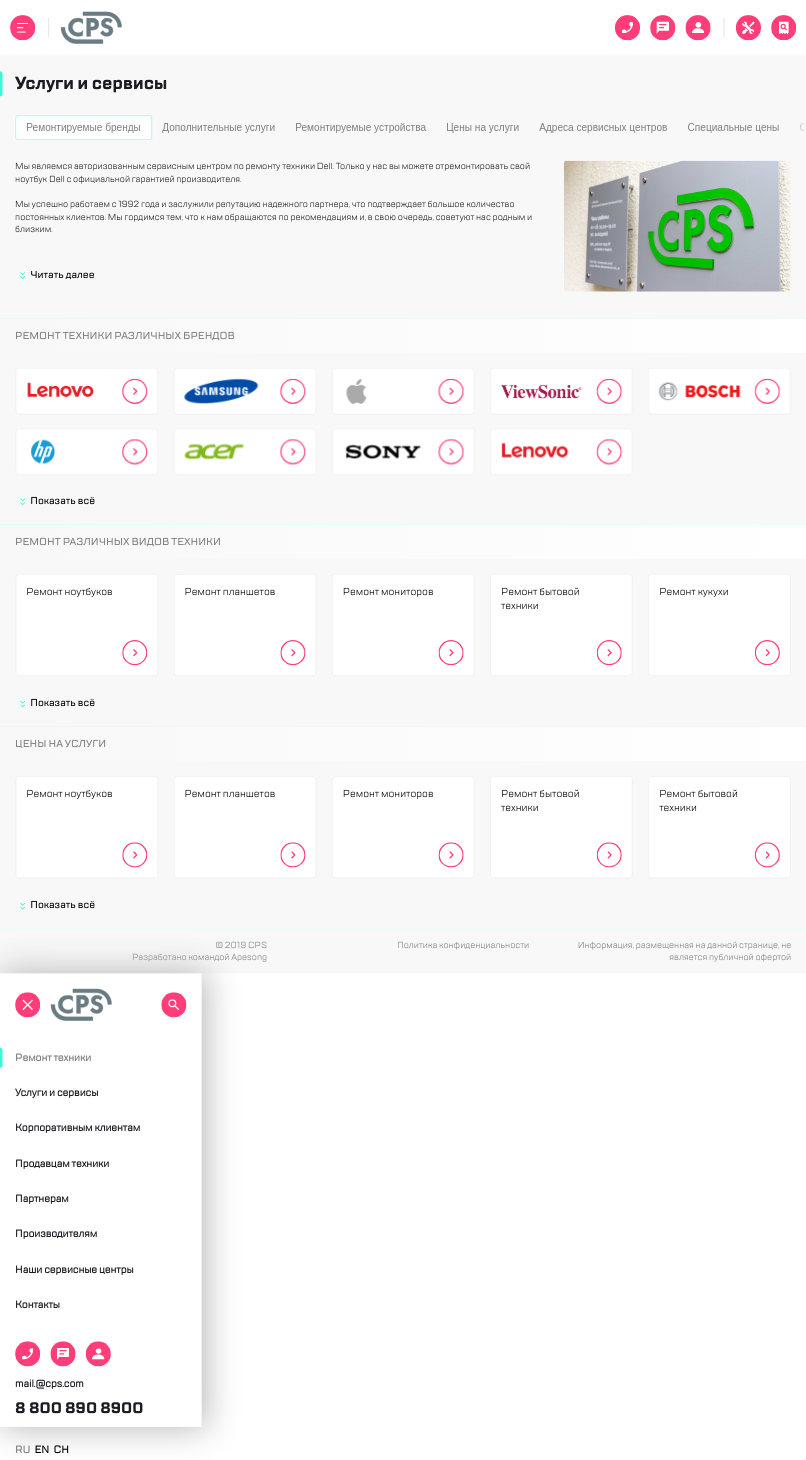
Repository: Dedoxa/WebCoreF
Page: /
These files come from the project's save history. The page is drawn as it stood at one moment and after the next save; the edit follows.
The browser window is 1280 px wide. The pictures show the whole page, at 63% of full size.
The project was rebuilt for these pictures with package versions that can differ from the ones it lists, and the page was loaded fresh each time. Also part of the build but not shown: webpack.config.js.

Above is the page before, as saved 2024-06-15 17:15:35.

### src/index.html
<!DOCTYPE html>
<html lang="en">
  <head>
    <meta charset="UTF-8" />
    <meta
      name="viewport"
      content="width=device-width, user-scalable=no, initial-scale=1.0, maximum-scale=1.0, minimum-scale=1.0"
    />
    <meta http-equiv="X-UA-Compatible" content="ie=edge" />
    <title>WebCoreFinal</title>
  </head>
  <body>
    <header class="header">
      <div class="header__left-side">
        <a id="burger" href="#" class="icon header__icon"></a>
        <a id="logo" href="#" class="icon header__icon"></a>
      </div>
      <div class="header__right-side">
        <a id="call" href="#" class="icon header__icon"></a>
        <a id="chat" href="#" class="icon header__icon"></a>
        <a id="profile" href="#" class="icon header__icon"></a>
        <a id="repair" href="#" class="icon header__icon"></a>
        <a id="checkStatus" href="#" class="icon header__icon"></a>
      </div>
    </header>
    <main>
      <section class="presentation">
        <div class="presentation__wrapper">
          <div class="presentation__title">
            <h1 class="presentation__heading">Услуги и сервисы</h1>
            <div class="presentation__right-area">
              <label class="presentation__icon-area">
                <span class="presentation__icon-text">Оставить заявку</span>
                <a id="repair" href="#" class="icon presentation__icon"></a>
              </label>
              <label class="presentation__icon-area">
                <span class="presentation__icon-text">Статус ремонта</span>
                <a id="checkStatus" href="#" class="icon presentation__icon"></a>
              </label>
            </div>
          </div>
          <div class="presentation__buttons">
            <button href="#" class="presentation__button presentation__button--focus">
              Ремонтируемые бренды
            </button>
            <button href="#" class="presentation__button">
              Дополнительные услуги
            </button>
            <button href="#" class="presentation__button">
              Ремонтируемые устройства
            </button>
            <button href="#" class="presentation__button">
              Цены на услуги
            </button>
            <button href="#" class="presentation__button">
              Адреса сервисных центров
            </button>
            <button href="#" class="presentation__button">
              Специальные цены
            </button>
            <button href="#" class="presentation__button">Отзывы</button>
            <div class="presentation__right-fade-effect"></div>
          </div>
          <div class="presentation__container">
            <div class="presentation__description">
              <p class="presentation__text">
                Мы являемся авторизованным сервисным центром по ремонту техники
                Dell. Только у нас вы можете отремонтировать свой ноутбук Dell с
                официальной гарантией производителя. <br /><br />
                Мы успешно работаем с 1992 года и заслужили репутацию надежного
                партнера, что подтверждает большое количество постоянных клиентов.
                Мы гордимся тем, что к нам обращаются по рекомендациям и, в свою
                очередь, советуют нас родным и близким.
              </p>
              <span class="presentation__toggler">Читать далее</span>
            </div>
            <img src="img/CPS-img-tablet.jpg" alt="" class="presentation__image-tablet" />
            <img
              src="img/CPS-img-desktop.jpg"
              alt=""
              class="presentation__image-desktop"
            />
          </div>
        </div>
        <img src="img/CPS-img-phone.jpg" alt="" class="presentation__image-phone" />
      </section>
      <section class="plates">
        <header class="plates__heading">
            <div class="plates__wrapper plates__wrapper-heading">
                <span>Ремонт техники различных брендов</span>
            </div>
        </header>
        <div class="plates__content-area">
            <div class="plates__wrapper">
                <div class="plates__swiper-container">
                    <div class="swiper plates__swiper">
                        <div id="plate-options" class="swiper-wrapper plates__brands-wrapper">
                            <div class="swiper-slide plates__slide">
                                <div class="plates__brand-plate">
                                    <img src="../img/logo-lenovo.png"  width="108" height="32"  class="plates__logo"></img>
                                    <img class="plates__dropdown"></img>
                                </div>
                            </div>
                            <div class="swiper-slide plates__slide">
                                <div class="plates__brand-plate">
                                    <img src="../img/logo-samsung.png" width="116" height="38.52" class="plates__logo"></img>
                                    <img class="plates__dropdown"></img>
                                </div>
                            </div>
                            <div class="swiper-slide plates__slide">
                                <div class="plates__brand-plate">
                                    <img src="../img/logo-apple.png" width="44" height="44" class="plates__logo"></img>
                                    <img class="plates__dropdown"></img>
                                </div>
                            </div>
                            <div class="swiper-slide plates__slide">
                                <div class="plates__brand-plate">
                                    <img src="../img/logo-viewSonic.png" width="128" height="21" class="plates__logo"></img>
                                    <img class="plates__dropdown"></img>
                                </div>
                            </div>
                            <div class="swiper-slide plates__slide">
                                <div class="plates__brand-plate">
                                    <img src="../img/logo-bosch.png" width="128" height="28.6" class="plates__logo"></img>
                                    <img class="plates__dropdown"></img>
                                </div>
                            </div>
                            <div class="swiper-slide plates__slide">
                                <div class="plates__brand-plate">
                                    <img src="../img/logo-hp.png" width="52" height="52" class="plates__logo"></img>
                                    <img class="plates__dropdown"></img>
                                </div>
                            </div>
                            <div class="swiper-slide plates__slide">
                                <div class="plates__brand-plate">
                                    <img src="../img/logo-acer.png" width="94" height="24" class="plates__logo"></img>
                                    <img class="plates__dropdown"></img>
                                </div>
                            </div>
                            <div class="swiper-slide plates__slide">
                                <div class="plates__brand-plate">
                                    <img src="../img/logo-sony.png" width="128" height="25.6" class="plates__logo"></img>
                                    <img class="plates__dropdown"></img>
                                </div>
                            </div>
                            <div class="swiper-slide plates__slide">
                                <div class="plates__brand-plate">
                                    <img src="../img/logo-lenovo.png"  width="108" height="32"  class="plates__logo"></img>
                                    <img class="plates__dropdown"></img>
                                </div>
                            </div>
                        </div>
                        <div class="swiper-pagination"></div>
                    </div>
                </div>
            </div>
            <div class="plates__toggler-area">
                <label class="plates__wrapper plates__wrapper-toggler">
                    <span id="plates-toggler" class="plates__toggler">Показать всё</span>
                </label>
            </div>
        </div>
      </section>
      <section class="plates">
        <header class="plates__heading">
            <div class="plates__wrapper plates__wrapper-heading">
                <span>Ремонт различных видов техники</span>
            </div>
        </header>
        <div class="plates__content-area">
            <div class="plates__wrapper">
                <div class="plates__swiper-container">
                    <div class="swiper plates__swiper">
                        <div id="device-options" class="swiper-wrapper plates__devices-wrapper">
                            <div class="swiper-slide plates__slide">
                                <div class="plates__device-plate">
                                  <span class="plates__logo">Ремонт ноутбуков</span>
                                  <img class="plates__dropdown"></img>
                                </div>
                            </div>
                            <div class="swiper-slide plates__slide">
                                <div class="plates__device-plate">
                                  <span class="plates__logo">Ремонт планшетов</span>
                                  <img class="plates__dropdown"></img>
                                </div>
                            </div>
                            <div class="swiper-slide plates__slide">
                                <div class="plates__device-plate">
                                  <span class="plates__logo">Ремонт мониторов</span>
                                  <img class="plates__dropdown"></img>
                                </div>
                            </div>
                            <div class="swiper-slide plates__slide">
                                <div class="plates__device-plate">
                                  <span class="plates__logo">Ремонт бытовой техники</span>
                                  <img class="plates__dropdown"></img>
                                </div>
                            </div>
                            <div class="swiper-slide plates__slide">
                                <div class="plates__device-plate">
                                  <span class="plates__logo">Ремонт кукухи</span>
                                  <img class="plates__dropdown"></img>
                                </div>
                            </div>
                            <div class="swiper-slide plates__slide">
                                <div class="plates__device-plate">
                                  <span class="plates__logo">Ремонт шмемонт</span>
                                  <img class="plates__dropdown"></img>
                                </div>
                            </div>
                            <div class="swiper-slide plates__slide">
                                <div class="plates__device-plate">
                                  <span class="plates__logo">Ремонт бельмонт</span>
                                  <img class="plates__dropdown"></img>
                                </div>
                            </div>
                            <div class="swiper-slide plates__slide">
                                <div class="plates__device-plate">
                                  <span class="plates__logo">Ремонт взял тебя на понт</span>
                                  <img class="plates__dropdown"></img>
                                </div>
                            </div>
                            <div class="swiper-slide plates__slide">
                                <div class="plates__device-plate">
                                  <span class="plates__logo">Ремонт дорог (вечный*)</span>
                                  <img class="plates__dropdown"></img>
                                </div>
                            </div>
                        </div>
                        <div class="swiper-pagination"></div>
                    </div>
                </div>
            </div>
            <div class="plates__toggler-area">
                <label class="plates__wrapper plates__wrapper-toggler">
                    <span id="devices-toggler" class="plates__toggler">Показать всё</span>
                </label>
            </div>
        </div>
      </section>
      <section class="plates">
        <header class="plates__heading">
            <div class="plates__wrapper plates__wrapper-heading">
                <span>Цены на услуги</span>
            </div>
        </header>
        <div class="plates__content-area">
            <div class="plates__wrapper">
                <div class="plates__swiper-container">
                    <div class="swiper plates__swiper">
                        <div id="device-options" class="swiper-wrapper plates__devices-wrapper">
                            <div class="swiper-slide plates__slide">
                                <div class="plates__device-plate">
                                  <span class="plates__logo">Ремонт ноутбуков</span>
                                  <img class="plates__dropdown"></img>
                                </div>
                            </div>
                            <div class="swiper-slide plates__slide">
                                <div class="plates__device-plate">
                                  <span class="plates__logo">Ремонт планшетов</span>
                                  <img class="plates__dropdown"></img>
                                </div>
                            </div>
                            <div class="swiper-slide plates__slide">
                                <div class="plates__device-plate">
                                  <span class="plates__logo">Ремонт мониторов</span>
                                  <img class="plates__dropdown"></img>
                                </div>
                            </div>
                            <div class="swiper-slide plates__slide">
                                <div class="plates__device-plate">
                                  <span class="plates__logo">Ремонт бытовой техники</span>
                                  <img class="plates__dropdown"></img>
                                </div>
                            </div>
                            <div class="swiper-slide plates__slide">
                                <div class="plates__device-plate">
                                  <span class="plates__logo">Ремонт бытовой техники</span>
                                  <img class="plates__dropdown"></img>
                                </div>
                            </div>
                        </div>
                        <div class="swiper-pagination"></div>
                    </div>
                </div>
            </div>
            <div class="plates__toggler-area">
                <label class="plates__wrapper plates__wrapper-toggler">
                    <span id="devices-toggler" class="plates__toggler">Показать всё</span>
                </label>
            </div>
        </div>
      </section>
      <footer class="footer">
        <div class="footer__wrapper">
            <div>
              <p>© 2019 CPS<br>Разработано командой Apesong</p>
            </div>
            <div>
              <p>Политика конфиденциальности</p>
            </div>
            <div>
              <p>Информация, размещенная на данной странице, не является публичной офертой</p>
            </div>
      </footer>

      <aside class="aside-menu">
        <div class="aside-menu__wrapper">
          <div>
            <div class="aside-menu__header">
              <div class="aside-menu__subwrapper">
                <div class="aside-menu__header-left">
                  <a id="cross" href="#" class="icon aside-menu__icon"></a>
                  <a id="logo" href="#" class="icon aside-menu__icon"></a>
                </div>
                <div class="aside-menu__header-right">
                  <a id="search" href="#" class="icon aside-menu__icon"></a>
                </div>
              </div>
            </div>
            <ul class="aside-menu__links-list">
              <li class="aside-menu__link aside-menu__link--active">
                <a href="#" class=""> Ремонт техники </a>
              </li>
              <li class="aside-menu__link"><a href="#"> Услуги и сервисы </a></li>
              <li class="aside-menu__link"><a href="#"> Корпоративным клиентам </a></li>
              <li class="aside-menu__link"><a href="#"> Продавцам техники </a></li>
              <li class="aside-menu__link"><a href="#"> Партнерам </a></li>
              <li class="aside-menu__link"><a href="#"> Производителям </a></li>
              <li class="aside-menu__link"><a href="#"> Наши сервисные центры </a></li>
              <li class="aside-menu__link"><a href="#"> Контакты </a></li>
            </ul>
          </div>
          <section class="aside-menu__down-section">
            <div class="aside-menu__down-wrapper">
              <div class="aside-menu__down-icons">
                <a id="call" href="#" class="icon aside-menu__icon"></a>
                <a id="chat" href="#" class="icon aside-menu__icon"></a>
                <a id="profile" href="#" class="icon aside-menu__icon"></a>
              </div>
              <div>
                <a href="mailto:mail.@cps.com" class="aside-menu__email"><span>mail.@cps.com</span></a>
                <a href="tel:+88008908900" class="aside-menu__phone-number"><span>8 800 890 8900</span></a>
              </div>
              <div class="aside-menu__language-choice">
                <span class="aside-menu__language-option aside-menu__language-option--active">RU</span>
                <span class="aside-menu__language-option">EN</span>
                <span class="aside-menu__language-option">CH</span>
              </div>
            </div>
          </section>
        </div>
      </aside>
    </main>
  </body>
</html>

### src/scss/style.scss
@import url('./\(id\)icons.scss');
@import url('./\(import\)fonts.scss');
@import url('./\(tag\)html.scss');
@import url('./\(tag\)svg.scss');

@import url('./aside-menu.scss');
@import url('./footer.scss');
@import url('./header.scss');
@import url('./icon.scss');
@import url('./plates.scss');
@import url('./presentation.scss');

@import url('../../node_modules/swiper/swiper-bundle.css');
@import url('./swiper-castomization.scss');

@import url('./jsExpand.scss');

### src/scss/(id)icons.scss
#burger {
  background-image: url('../img/ic-burger.svg');
}

#logo {
  background-color: transparent;
  border-radius: 0;
  background-image: url('../img/ic-CPSLogo.svg');
}

#call {
  background-image: url('../img/ic-call.svg');
}

#chat {
  background-image: url('../img/ic-chat.svg');
}

#profile {
  background-image: url('../img/ic-profile.svg');
}

#repair {
  background-image: url('../img/ic-repair.svg');
}

#checkStatus {
  background-image: url('../img/ic-checkstatus.svg');
}

#cross {
  background-image: url('../img/ic-cross.svg');
}

#search {
  background-image: url('../img/ic-search.svg');
}

### src/scss/(import)fonts.scss
@font-face {
  font-family: 'TT Lakes Regular';
  src: url('../fonts/TTLakes-Regular.eot');
  src: url('../fonts/TTLakes-Regular.eot?#iefix') format('embedded-opentype'),
    url('../fonts/TTLakes-Regular.woff') format('woff'),
    url('../fonts/TTLakes-Regular.ttf') format('truetype');
  font-weight: normal;
  font-style: normal;
}

@font-face {
  font-family: 'TT Lakes Bold';
  src: url('../fonts/TTLakes-Bold.eot');
  src: url('../fonts/TTLakes-Bold.eot?#iefix') format('embedded-opentype'),
    url('../fonts/TTLakes-Bold.woff') format('woff'),
    url('../fonts/TTLakes-Bold.ttf') format('truetype');
  font-weight: normal;
  font-style: normal;
}

@font-face {
  font-family: 'TT Lakes Medium';
  src: url('../fonts/TTLakes-Medium.eot');
  src: url('../fonts/TTLakes-Medium.eot?#iefix') format('embedded-opentype'),
    url('../fonts/TTLakes-Medium.woff') format('woff'),
    url('../fonts/TTLakes-Medium.ttf') format('truetype');
  font-weight: normal;
  font-style: normal;
}

### src/scss/(tag)html.scss
html {
  box-sizing: border-box;
  font-family: 'TT Lakes Regular', Times, serif;

  * {
    box-sizing: inherit;
    margin: 0;
    padding: 0;

    &:before,
    &:after {
      box-sizing: inherit;
      margin: 0;
      padding: 0;
    }
  }
}

### src/scss/(tag)svg.scss
svg {
  position: absolute;
  top: 50%;
  left: 50%;
  transform: translate(-50%, -50%);
}

### src/scss/footer.scss
.footer {
  background-color: #f8f8f8;
  color: #7e7e82;
  font-size: 14px;

  &::before {
    content: '';
    display: block;
    height: 1px;
    background-color: #d9fff5;
  }

  .footer__wrapper {
    padding: 16px;
    width: 100%;
    display: flex;
    justify-content: space-between;
    flex-direction: column;
    text-align: center;
    gap: 16px;

    &:first-child {
      text-align: left;
    }

    &:last-child {
      text-align: right;
    }

    @media (min-width: 768px) {
      flex-direction: row;
      padding-right: 24px;
      padding-left: 24px;
    }

    @media (min-width: 1440px) {
      padding-right: 32px;
      padding-left: 32px;
    }
  }

  div {
    @media (min-width: 768px) {
      width: 33%;
    }
  }
}

### src/scss/icon.scss
.icon {
  flex: 0 0 auto;
  position: relative;
  width: 40px;
  height: 40px;
  background-color: #ff3e79;
  background-repeat: no-repeat;
  background-position: center;
  border-radius: 50%;
  transition: opacity linear 0.2s;
  opacity: 100%;

  &:hover {
    transition: opacity linear 0.2s;
    opacity: 50%;
  }
}

### src/scss/swiper-castomization.scss
.swiper-pagination {
  .swiper-pagination-bullet {
    width: 12px;
    height: 12px;
    background-color: #dddddd;
  }

  .swiper-pagination-bullet-active {
    background-color: #b5b6bc;
  }
}

### src/scss/jsExpand.scss
.jsExpand {
  height: max-content !important;
}

Loaded but not shown: src/js/js.js (51 lines, source omitted); src/js/index.js (4 lines, source omitted); src/scss/presentation.scss (262 lines, source omitted); src/scss/plates.scss (205 lines, source omitted); src/scss/aside-menu.scss (163 lines, source omitted); src/scss/header.scss (87 lines, source omitted)

After the next save:
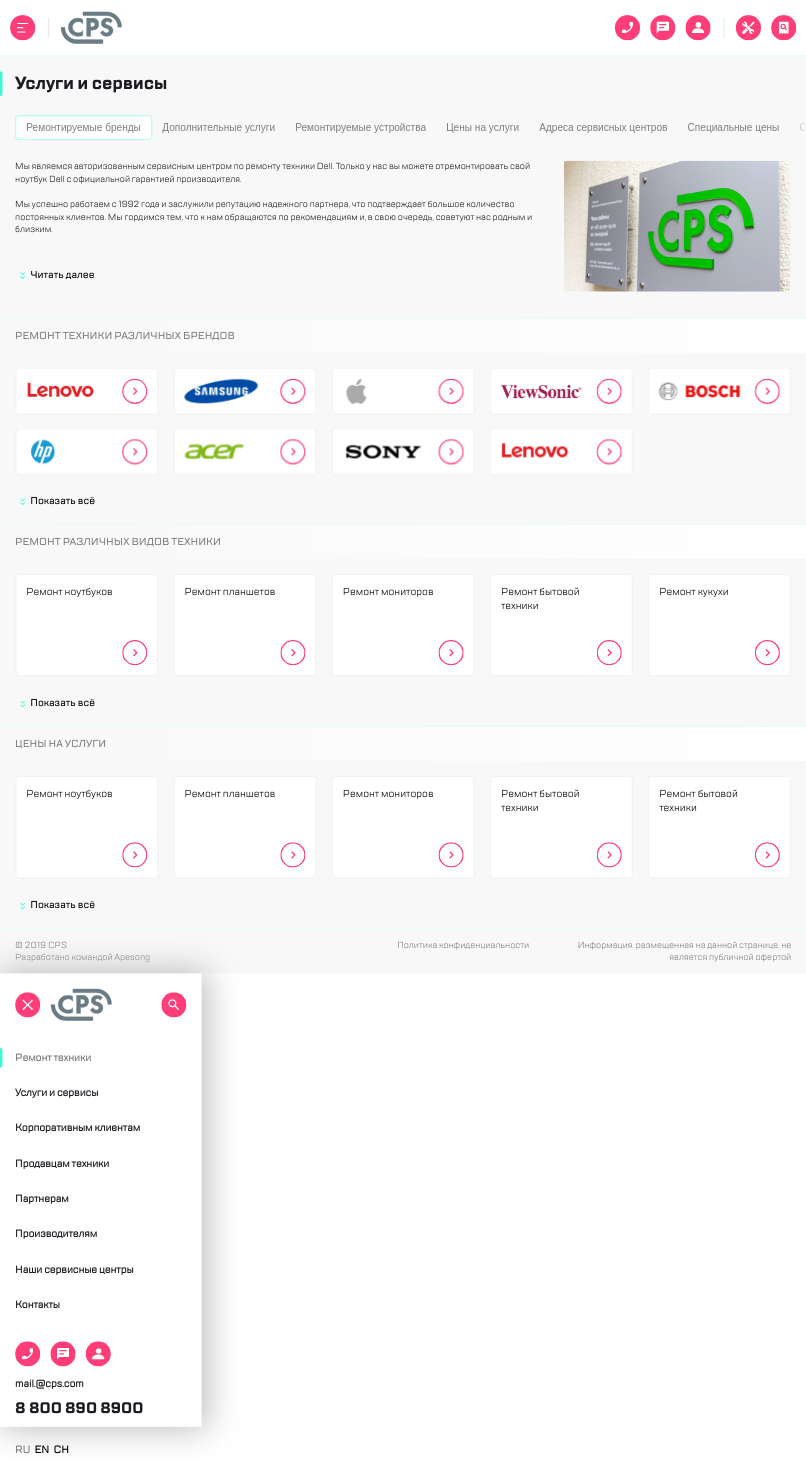
Saved 82 s later.
--- a/src/scss/footer.scss
+++ b/src/scss/footer.scss
@@ -19,14 +19,6 @@
     text-align: center;
     gap: 16px;
 
-    &:first-child {
-      text-align: left;
-    }
-
-    &:last-child {
-      text-align: right;
-    }
-
     @media (min-width: 768px) {
       flex-direction: row;
       padding-right: 24px;
@@ -43,5 +35,13 @@
     @media (min-width: 768px) {
       width: 33%;
     }
+
+    &:first-child {
+      text-align: left;
+    }
+
+    &:last-child {
+      text-align: right;
+    }
   }
 }
